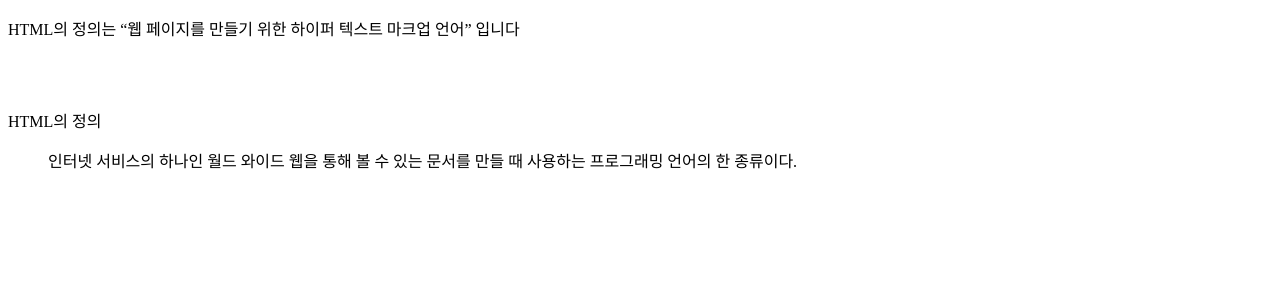
Repository: JaeHyun-Ban/study_html
Page: TCP_HTML/WebContent/ex02_08.html
An editor plug-in stored every save of this project. The page is shown before and after the next save, followed by the edit.
The browser window is 1280 px wide. The pictures show the whole page.

Above is the page before, as saved 2020-08-27 05:32:21.

After the next save:
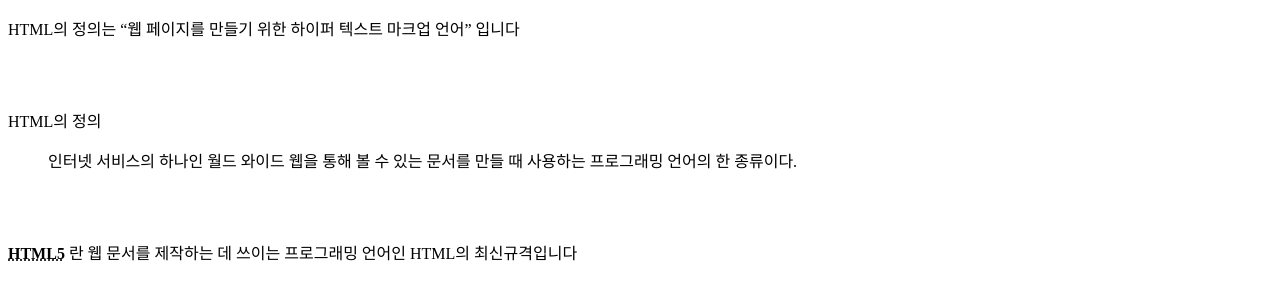
Saved 114 s later.
--- a/TCP_HTML/WebContent/ex02_08.html
+++ b/TCP_HTML/WebContent/ex02_08.html
@@ -19,7 +19,8 @@
 
 	<br><br>
 
-
-
+	<p>
+	<strong><abbr title="HyperText Markup Language 5">HTML5</abbr></strong>
+	란 웹 문서를 제작하는 데 쓰이는 프로그래밍 언어인 HTML의 최신규격입니다</p>
 </body>
 </html>
